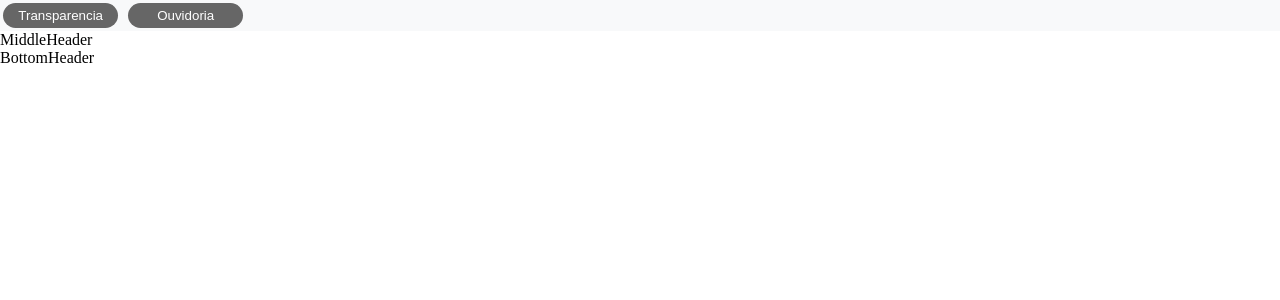
Repository: YuriSarmanho/prodepaSite
Page: / (app in prodepa-site/)
An editor plug-in stored every save of this project. The page is shown before and after the next save, followed by the edit.
The browser window is 1280 px wide. The pictures show the whole page.
The project was rebuilt for these pictures with package versions that can differ from the ones it lists, and the page was loaded fresh each time. Also part of the build but not shown: prodepa-site/src/App.css.

Above is the page before, as saved 2022-12-19 14:37:07.

After the next save:
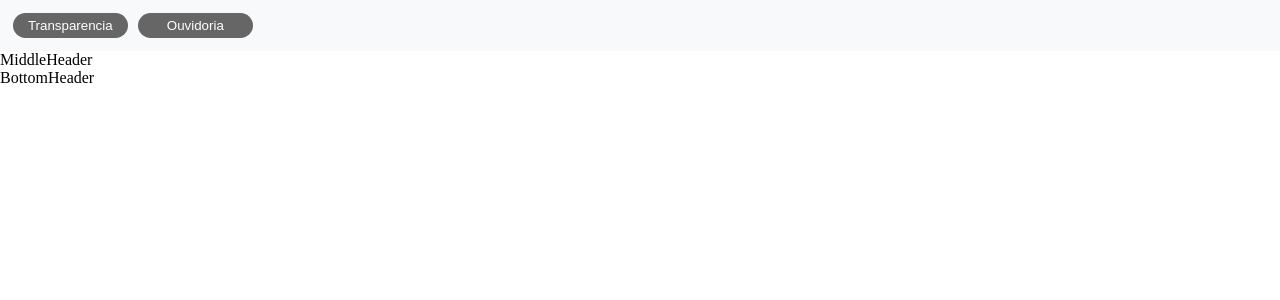
Saved 13 s later.
--- a/prodepa-site/src/sections/Header/TopHeader/index.css
+++ b/prodepa-site/src/sections/Header/TopHeader/index.css
@@ -1,4 +1,4 @@
 .topHeaderContainer {
     background-color: #F8F9FA ;
-    padding: .2rem;
+    padding: .8rem;
 }
